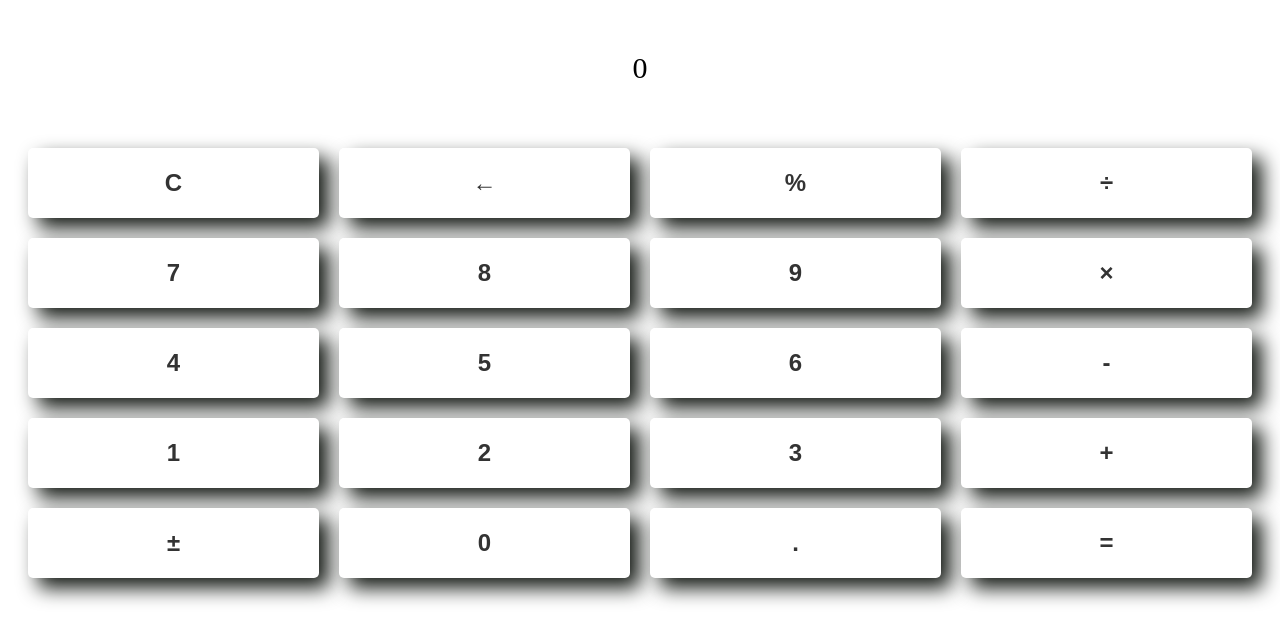
Repository: TEazy2433/LAB-calculator
Page: index.html
These files come from the project's save history. The page is drawn as it stood at one moment and after the next save; the edit follows.
The browser window is 1280 px wide. The pictures show the whole page.

Above is the page before, as saved 2023-10-12 16:56:39.

After the next save:
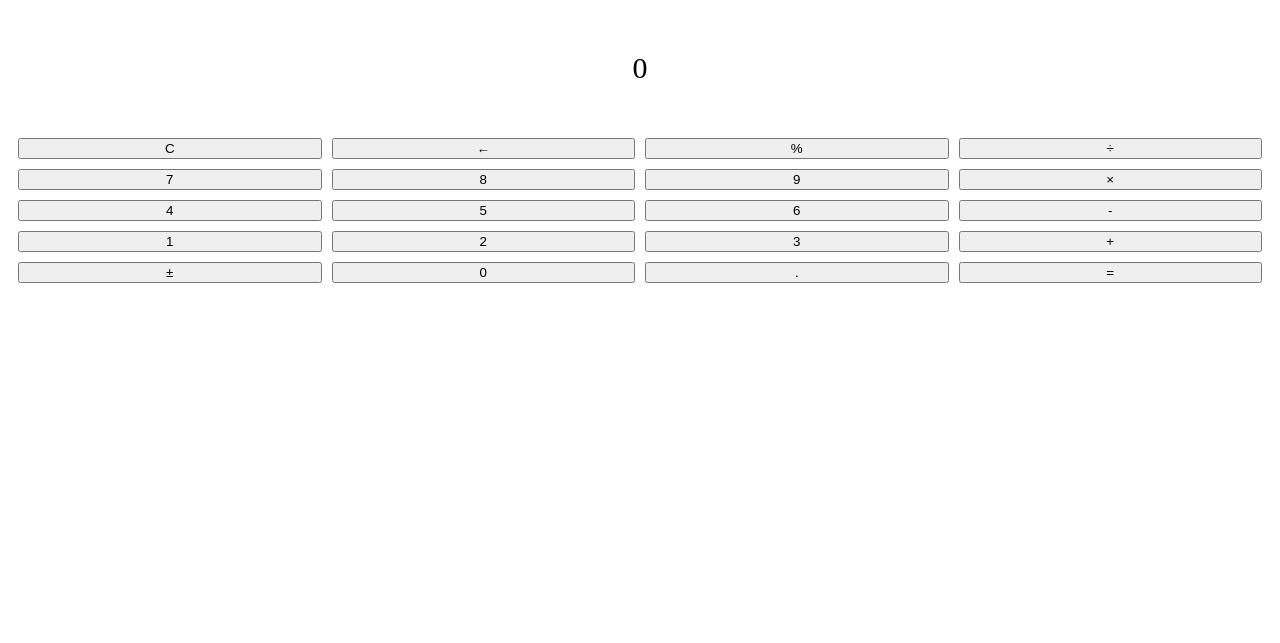
Saved 79 s later.
--- a/main.css
+++ b/main.css
@@ -15,22 +15,6 @@
 .buttons{
   display: grid;
   grid-template-columns: repeat(4, 1fr);
-  grid-gap: 20px;
-  padding: 20px;
+  grid-gap: 10px;
+  padding: 10px;
 }
-
-button {
-  width: 100%;
-  height: 70px;
-  font-size: 24px;
-  background-color: #fff;
-  color: #333;
-  border-radius: 5px;
-  border: none;
-  cursor: pointer;
-  filter: drop-shadow(10px 10px 10px rgb(19, 24, 19));
-  font-weight: bolder;
-}
-button:hover{
-  transform: scale(1.05);
-}
